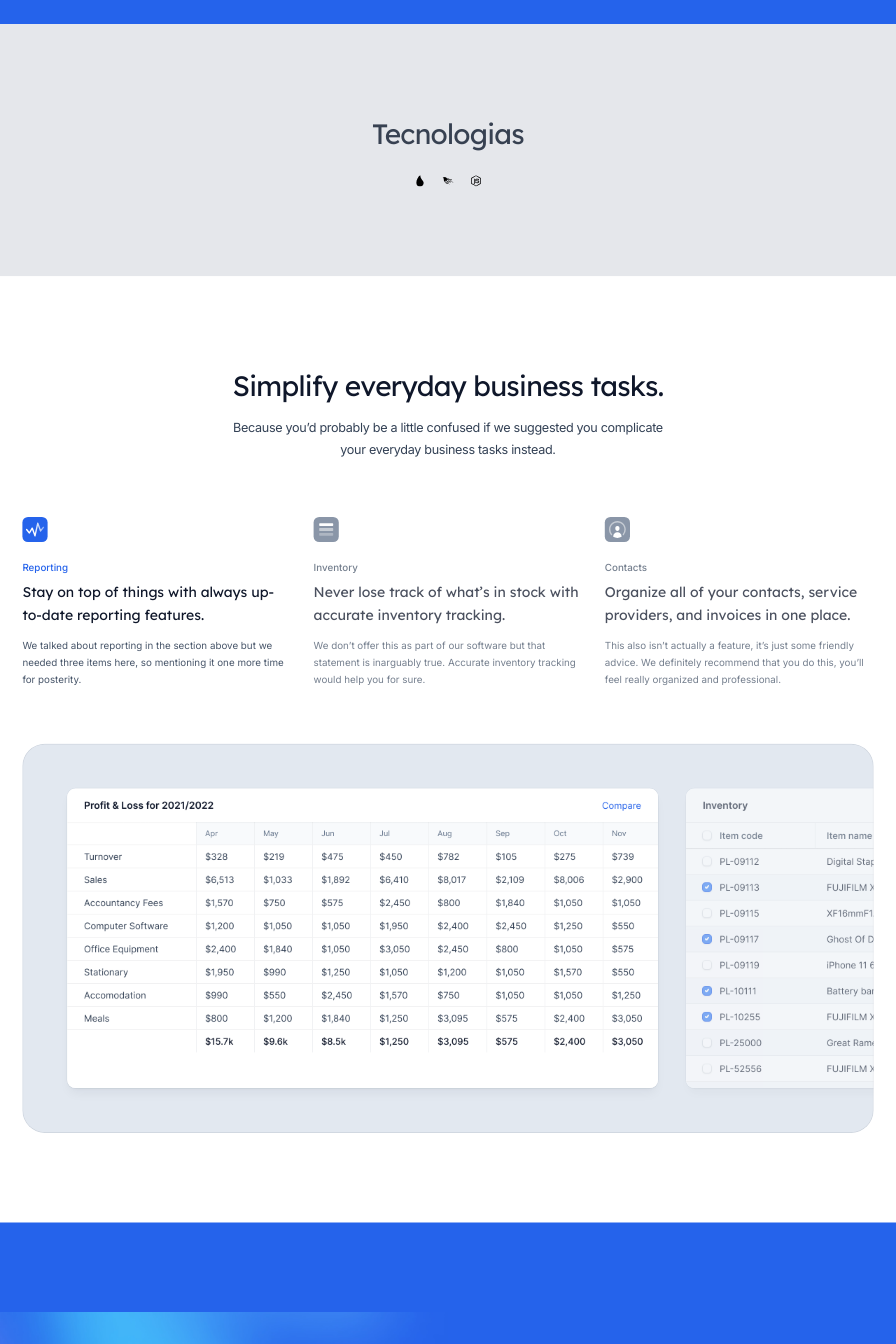
Repository: LuisSempre/imaginative
Page: /
An editor plug-in stored every save of this project. The page is shown before and after the next save, followed by the edit.
The browser window is 1280 px wide. The pictures show the part of the page from y = 3029 to 4949 px (the page is 10278 px tall before and 10326 px after), at 70% of full size.
The project was rebuilt for these pictures with package versions that can differ from the ones it lists, and the page was loaded fresh each time. The framework's server and built-in components were replaced by stand-ins that run in the browser. Also part of the build but not shown: next.config.js.

Above is the page before, as saved 2022-07-15 11:21:25.

### src/pages/index.jsx
import Head from 'next/head'

import { CallToAction } from '@/components/CallToAction'
import { Faqs } from '@/components/Faqs'
import { Footer } from '@/components/Footer'
import { Header } from '@/components/Header'
import { Hero } from '@/components/Hero'
import { Contact } from '@/components/Contact'
import { PrimaryFeatures } from '@/components/PrimaryFeatures'
import { SecondaryFeatures } from '@/components/SecondaryFeatures'
import { Testimonials } from '@/components/Testimonials'
import { Tecnology } from '@/components/Tecnology'

export default function Home() {
  return (
    <>
      <Head>
        <title>TaxPal - Accounting made simple for small businesses</title>
        <meta
          name="description"
          content="Most bookkeeping software is accurate, but hard to use. We make the opposite trade-off, and hope you don’t get audited."
        />
      </Head>
      <Header />
      <main>
        <Hero />
        <PrimaryFeatures />
        <Tecnology />
        <SecondaryFeatures />
        <CallToAction />
        <Testimonials />
        <Contact />
        <Faqs />
      </main>
      <Footer />
    </>
  )
}

### src/components/CallToAction.jsx
import Image from 'next/future/image'

import { Button } from '@/components/Button'
import { Container } from '@/components/Container'
import backgroundImage from '@/images/background-call-to-action.jpg'

export function CallToAction() {
  return (
    <section
      id="get-started-today"
      className="relative overflow-hidden bg-blue-600 py-32"
    >
      <Image
        className="absolute top-1/2 left-1/2 max-w-none -translate-x-1/2 -translate-y-1/2"
        src={backgroundImage}
        alt=""
        width={2347}
        height={1244}
        unoptimized
      />
      <Container className="relative">
        <div className="mx-auto max-w-lg text-center">
          <h2 className="font-display text-3xl tracking-tight text-white sm:text-4xl">
            Get started today
          </h2>
          <p className="mt-4 text-lg tracking-tight text-white">
            It’s time to take control of your books. Buy our software so you can
            feel like you’re doing something productive.
          </p>
          <Button href="/register" color="white" className="mt-10">
            Get 6 months free
          </Button>
        </div>
      </Container>
    </section>
  )
}

### src/components/Faqs.jsx
import Image from 'next/future/image'

import { Container } from '@/components/Container'
import backgroundImage from '@/images/background-faqs.jpg'

const faqs = [
  [
    {
      question: 'Does TaxPal handle VAT?',
      answer:
        'Well no, but if you move your company offshore you can probably ignore it.',
    },
    {
      question: 'Can I pay for my subscription via purchase order?',
      answer: 'Absolutely, we are happy to take your money in all forms.',
    },
    {
      question: 'How do I apply for a job at TaxPal?',
      answer:
        'We only hire our customers, so subscribe for a minimum of 6 months and then let’s talk.',
    },
  ],
  [
    {
      question: 'What was that testimonial about tax fraud all about?',
      answer:
        'TaxPal is just a software application, ultimately your books are your responsibility.',
    },
    {
      question:
        'TaxPal sounds horrible but why do I still feel compelled to purchase?',
      answer:
        'This is the power of excellent visual design. You just can’t resist it, no matter how poorly it actually functions.',
    },
    {
      question:
        'I found other companies called TaxPal, are you sure you can use this name?',
      answer:
        'Honestly not sure at all. We haven’t actually incorporated or anything, we just thought it sounded cool and made this website.',
    },
  ],
  [
    {
      question: 'How do you generate reports?',
      answer:
        'You just tell us what data you need a report for, and we get our kids to create beautiful charts for you using only the finest crayons.',
    },
    {
      question: 'Can we expect more inventory features?',
      answer: 'In life it’s really better to never expect anything at all.',
    },
    {
      question: 'I lost my password, how do I get into my account?',
      answer:
        'Send us an email and we will send you a copy of our latest password spreadsheet so you can find your information.',
    },
  ],
]

export function Faqs() {
  return (
    <section
      id="faq"
      aria-labelledby="faq-title"
      className="relative overflow-hidden bg-slate-50 py-20 sm:py-32"
    >
      <Image
        className="absolute top-0 left-1/2 max-w-none translate-x-[-30%] -translate-y-1/4"
        src={backgroundImage}
        alt=""
        width={1558}
        height={946}
        unoptimized
      />
      <Container className="relative">
        <div className="mx-auto max-w-2xl lg:mx-0">
          <h2
            id="faq-title"
            className="font-display text-3xl tracking-tight text-slate-900 sm:text-4xl"
          >
            Frequently asked questions
          </h2>
          <p className="mt-4 text-lg tracking-tight text-slate-700">
            If you can’t find what you’re looking for, email our support team
            and if you’re lucky someone will get back to you.
          </p>
        </div>
        <ul
          role="list"
          className="mx-auto mt-16 grid max-w-2xl grid-cols-1 gap-8 lg:max-w-none lg:grid-cols-3"
        >
          {faqs.map((column, columnIndex) => (
            <li key={columnIndex}>
              <ul role="list" className="flex flex-col gap-y-8">
                {column.map((faq, faqIndex) => (
                  <li key={faqIndex}>
                    <h3 className="font-display text-lg leading-7 text-slate-900">
                      {faq.question}
                    </h3>
                    <p className="mt-4 text-sm text-slate-700">{faq.answer}</p>
                  </li>
                ))}
              </ul>
            </li>
          ))}
        </ul>
      </Container>
    </section>
  )
}

### src/components/Footer.jsx
import Link from 'next/link'

import { Container } from '@/components/Container'
import { Logo } from '@/components/Logo'
import { NavLink } from '@/components/NavLink'

export function Footer() {
  return (
    <footer className="bg-slate-50">
      <Container>
        <div className="py-16">
          <Logo className="mx-auto h-10 w-auto" />
          <nav className="mt-10 text-sm" aria-label="quick links">
            <div className="-my-1 flex justify-center gap-x-6">
              <NavLink href="#features">Features</NavLink>
              <NavLink href="#testimonials">Testimonials</NavLink>
              <NavLink href="#pricing">Pricing</NavLink>
            </div>
          </nav>
        </div>
        <div className="flex flex-col items-center border-t border-slate-400/10 py-10 sm:flex-row-reverse sm:justify-between">
          <div className="flex gap-x-6">
            <Link
              href="https://twitter.com"
              className="group"
              aria-label="TaxPal on Twitter"
            >
              <svg
                aria-hidden="true"
                className="h-6 w-6 fill-slate-500 group-hover:fill-slate-700"
              >
                <path d="M8.29 20.251c7.547 0 11.675-6.253 11.675-11.675 0-.178 0-.355-.012-.53A8.348 8.348 0 0 0 22 5.92a8.19 8.19 0 0 1-2.357.646 4.118 4.118 0 0 0 1.804-2.27 8.224 8.224 0 0 1-2.605.996 4.107 4.107 0 0 0-6.993 3.743 11.65 11.65 0 0 1-8.457-4.287 4.106 4.106 0 0 0 1.27 5.477A4.073 4.073 0 0 1 2.8 9.713v.052a4.105 4.105 0 0 0 3.292 4.022 4.093 4.093 0 0 1-1.853.07 4.108 4.108 0 0 0 3.834 2.85A8.233 8.233 0 0 1 2 18.407a11.615 11.615 0 0 0 6.29 1.84" />
              </svg>
            </Link>
            <Link
              href="https://github.com"
              className="group"
              aria-label="TaxPal on GitHub"
            >
              <svg
                aria-hidden="true"
                className="h-6 w-6 fill-slate-500 group-hover:fill-slate-700"
              >
                <path d="M12 2C6.477 2 2 6.484 2 12.017c0 4.425 2.865 8.18 6.839 9.504.5.092.682-.217.682-.483 0-.237-.008-.868-.013-1.703-2.782.605-3.369-1.343-3.369-1.343-.454-1.158-1.11-1.466-1.11-1.466-.908-.62.069-.608.069-.608 1.003.07 1.531 1.032 1.531 1.032.892 1.53 2.341 1.088 2.91.832.092-.647.35-1.088.636-1.338-2.22-.253-4.555-1.113-4.555-4.951 0-1.093.39-1.988 1.029-2.688-.103-.253-.446-1.272.098-2.65 0 0 .84-.27 2.75 1.026A9.564 9.564 0 0 1 12 6.844a9.59 9.59 0 0 1 2.504.337c1.909-1.296 2.747-1.027 2.747-1.027.546 1.379.202 2.398.1 2.651.64.7 1.028 1.595 1.028 2.688 0 3.848-2.339 4.695-4.566 4.943.359.309.678.92.678 1.855 0 1.338-.012 2.419-.012 2.747 0 .268.18.58.688.482A10.02 10.02 0 0 0 22 12.017C22 6.484 17.522 2 12 2Z" />
              </svg>
            </Link>
          </div>
          <p className="mt-6 text-sm text-slate-500 sm:mt-0">
            Copyright &copy; {new Date().getFullYear()} TaxPal. All rights
            reserved.
          </p>
        </div>
      </Container>
    </footer>
  )
}

### src/components/Header.jsx
import { Fragment } from 'react'
import Link from 'next/link'
import { Popover, Transition } from '@headlessui/react'
import clsx from 'clsx'
import { Container } from '@/components/Container'
import { Logo } from '@/components/Logo'
import { NavLink } from '@/components/NavLink'

function MobileNavLink({ href, children }) {
  return (
    <Popover.Button as={Link} href={href} className="block w-full p-2">
      {children}
    </Popover.Button>
  )
}

function MobileNavIcon({ open }) {
  return (
    <svg
      aria-hidden="true"
      className="h-3.5 w-3.5 overflow-visible stroke-slate-700"
      fill="none"
      strokeWidth={2}
      strokeLinecap="round"
    >
      <path
        d="M0 1H14M0 7H14M0 13H14"
        className={clsx(
          'origin-center transition',
          open && 'scale-90 opacity-0'
        )}
      />
      <path
        d="M2 2L12 12M12 2L2 12"
        className={clsx(
          'origin-center transition',
          !open && 'scale-90 opacity-0'
        )}
      />
    </svg>
  )
}

function MobileNavigation() {
  return (
    <Popover>
      <Popover.Button
        className="relative z-10 flex h-8 w-8 items-center justify-center [&:not(:focus-visible)]:focus:outline-none"
        aria-label="Toggle Navigation"
      >
        {({ open }) => <MobileNavIcon open={open} />}
      </Popover.Button>
      <Transition.Root>
        <Transition.Child
          as={Fragment}
          enter="duration-150 ease-out"
          enterFrom="opacity-0"
          enterTo="opacity-100"
          leave="duration-150 ease-in"
          leaveFrom="opacity-100"
          leaveTo="opacity-0"
        >
          <Popover.Overlay className="fixed inset-0 bg-slate-300/50" />
        </Transition.Child>
        <Transition.Child
          as={Fragment}
          enter="duration-150 ease-out"
          enterFrom="opacity-0 scale-95"
          enterTo="opacity-100 scale-100"
          leave="duration-100 ease-in"
          leaveFrom="opacity-100 scale-100"
          leaveTo="opacity-0 scale-95"
        >
          <Popover.Panel
            as="div"
            className="absolute inset-x-0 flex flex-col p-4 mt-4 text-lg tracking-tight origin-top bg-white shadow-xl top-full rounded-2xl text-slate-900 ring-1 ring-slate-900/5"
          >
            <MobileNavLink href="#services">Serviços</MobileNavLink>
            <MobileNavLink href="#portifolio">Portfólio</MobileNavLink>
            <MobileNavLink href="#sobre">Sobre</MobileNavLink>
          </Popover.Panel>
        </Transition.Child>
      </Transition.Root>
    </Popover>
  )
}

export function Header() {
  return (
    <header className="py-10">
      <Container>
        <nav className="relative z-50 flex justify-between">
          <div className="flex items-center md:gap-x-12">
            <Link href="#" aria-label="Home">
              <Logo className="w-auto h-10" />
            </Link>
          </div>
          <div className="flex items-center gap-x-5 md:gap-x-8">
            <div className="hidden md:flex">
              <NavLink href="#services">Serviços</NavLink>
              <NavLink href="#portifolio">Portfólio</NavLink>
              <NavLink href="#sobre">Sobre</NavLink>
            </div>
            <div className="-mr-1 md:hidden">
              <MobileNavigation />
            </div>
          </div>
        </nav>
      </Container>
    </header>
  )
}

### src/components/Hero.jsx
import Image from 'next/future/image'

import { Button } from '@/components/Button'
import { Container } from '@/components/Container'
import logoLaravel from '@/images/logos/laravel.svg'
import logoMirage from '@/images/logos/mirage.svg'
import logoStatamic from '@/images/logos/statamic.svg'
import logoStaticKit from '@/images/logos/statickit.svg'
import logoTransistor from '@/images/logos/transistor.svg'
import logoTuple from '@/images/logos/tuple.svg'

export function Hero() {
  return (
    <Container className="pt-20 pb-16 text-center lg:pt-32">
      <h1 className="max-w-4xl mx-auto text-5xl font-medium tracking-tight font-display text-slate-900 sm:text-7xl">
        Construindo{' '}
        <span className="relative text-blue-500 whitespace-nowrap">
          <svg
            aria-hidden="true"
            viewBox="0 0 418 42"
            className="absolute top-2/3 left-0 h-[0.58em] w-full fill-blue-300/70"
            preserveAspectRatio="none"
          >
            <path d="M203.371.916c-26.013-2.078-76.686 1.963-124.73 9.946L67.3 12.749C35.421 18.062 18.2 21.766 6.004 25.934 1.244 27.561.828 27.778.874 28.61c.07 1.214.828 1.121 9.595-1.176 9.072-2.377 17.15-3.92 39.246-7.496C123.565 7.986 157.869 4.492 195.942 5.046c7.461.108 19.25 1.696 19.17 2.582-.107 1.183-7.874 4.31-25.75 10.366-21.992 7.45-35.43 12.534-36.701 13.884-2.173 2.308-.202 4.407 4.442 4.734 2.654.187 3.263.157 15.593-.78 35.401-2.686 57.944-3.488 88.365-3.143 46.327.526 75.721 2.23 130.788 7.584 19.787 1.924 20.814 1.98 24.557 1.332l.066-.011c1.201-.203 1.53-1.825.399-2.335-2.911-1.31-4.893-1.604-22.048-3.261-57.509-5.556-87.871-7.36-132.059-7.842-23.239-.254-33.617-.116-50.627.674-11.629.54-42.371 2.494-46.696 2.967-2.359.259 8.133-3.625 26.504-9.81 23.239-7.825 27.934-10.149 28.304-14.005.417-4.348-3.529-6-16.878-7.066Z" />
          </svg>
          <span className="relative">software inovador</span>
        </span>{' '}
        para você crescer.
      </h1>
      <p className="max-w-2xl mx-auto mt-6 text-xl tracking-tight text-slate-700">
        Desenvolvimento de aplicativos web e mobile
      </p>
      <div className="flex justify-center mt-10 gap-x-6">
        <Button className="px-12 py-4 text-xl" href="#contato">
          Entre em contato
        </Button>
      </div>
      <div className="mt-36 lg:mt-44">
        <p className="text-base font-display text-slate-900">
         Confiado por empresas inovadoras
        </p>
        <ul
          role="list"
          className="flex items-center justify-center mt-8 gap-x-8 sm:flex-col sm:gap-x-0 sm:gap-y-10 xl:flex-row xl:gap-x-12 xl:gap-y-0"
        >
          {[
            [
              { name: 'Transistor', logo: logoTransistor },
              { name: 'Tuple', logo: logoTuple },
              { name: 'StaticKit', logo: logoStaticKit },
            ],
            [
              { name: 'Mirage', logo: logoMirage },
              { name: 'Laravel', logo: logoLaravel },
              { name: 'Statamic', logo: logoStatamic },
            ],
          ].map((group, groupIndex) => (
            <li key={groupIndex}>
              <ul
                role="list"
                className="flex flex-col items-center gap-y-8 sm:flex-row sm:gap-x-12 sm:gap-y-0"
              >
                {group.map((company) => (
                  <li key={company.name} className="flex">
                    <Image src={company.logo} alt={company.name} unoptimized />
                  </li>
                ))}
              </ul>
            </li>
          ))}
        </ul>
      </div>
    </Container>
  )
}

### src/components/Tecnology.jsx
import { Container } from '@/components/Container'
import { FaReact, FaVuejs, FaNodeJs, FaPhoenixFramework } from 'react-icons/fa'
import { SiElixir, SiTypescript } from 'react-icons/si'

export function Tecnology() {
  return (
    <section
      id="get-started-today"
      className="relative py-32 overflow-hidden bg-gray-200"
    >
      <Container className="relative">
        <div className="max-w-lg mx-auto text-center">
          <h2 className="text-3xl tracking-tight text-gray-700 font-display sm:text-4xl">
            Tecnologias
          </h2>
          <div className="flex justify-center mt-8 space-x-6">
          <SiElixir />
          <FaPhoenixFramework />
          <FaNodeJs />
          </div>
        </div>
      </Container>
    </section>
  )
}

### src/components/Button.jsx
import Link from 'next/link'
import clsx from 'clsx'

const baseStyles = {
  solid:
    'group inline-flex items-center justify-center rounded-full py-2 px-4 text-sm font-semibold focus:outline-none focus-visible:outline-2 focus-visible:outline-offset-2',
  outline:
    'group inline-flex ring-1 items-center justify-center rounded-full py-2 px-4 text-sm focus:outline-none',
}

const variantStyles = {
  solid: {
    slate:
      'bg-slate-900 text-white hover:bg-slate-700 hover:text-slate-100 active:bg-slate-800 active:text-slate-300 focus-visible:outline-slate-900',
    blue: 'bg-blue-600 text-white hover:text-slate-100 hover:bg-blue-500 active:bg-blue-800 active:text-blue-100 focus-visible:outline-blue-600',
    white:
      'bg-white text-slate-900 hover:bg-blue-50 active:bg-blue-200 active:text-slate-600 focus-visible:outline-white',
  },
  outline: {
    slate:
      'ring-slate-200 text-slate-700 hover:text-slate-900 hover:ring-slate-300 active:bg-slate-100 active:text-slate-600 focus-visible:outline-blue-600 focus-visible:ring-slate-300',
    white:
      'ring-slate-700 text-white hover:ring-slate-500 active:ring-slate-700 active:text-slate-400 focus-visible:outline-white',
  },
}

export function Button({
  variant = 'solid',
  color = 'slate',
  className,
  href,
  ...props
}) {
  className = clsx(
    baseStyles[variant],
    variantStyles[variant][color],
    className
  )

  return href ? (
    <Link href={href} className={className} {...props} />
  ) : (
    <button className={className} {...props} />
  )
}

### src/components/Logo.jsx
import Image from 'next/image'
import logo from '../images/logos/logo.png'
export function Logo(props) {
  return <Image src={logo}  width={200}  height={32} alt="Picture of the author" />
}

Loaded but not shown: src/pages/_app.jsx (common file); src/pages/_document.jsx (common file); src/styles/tailwind.css (common file); src/components/Container.jsx (common file); src/components/NavLink.jsx (common file); tailwind.config.js (common file); src/components/Contact.jsx (187 lines, source omitted); src/components/SecondaryFeatures.jsx (231 lines, source omitted); src/components/Testimonials.jsx (144 lines, source omitted); src/components/PrimaryFeatures.jsx (157 lines, source omitted)

After the next save:
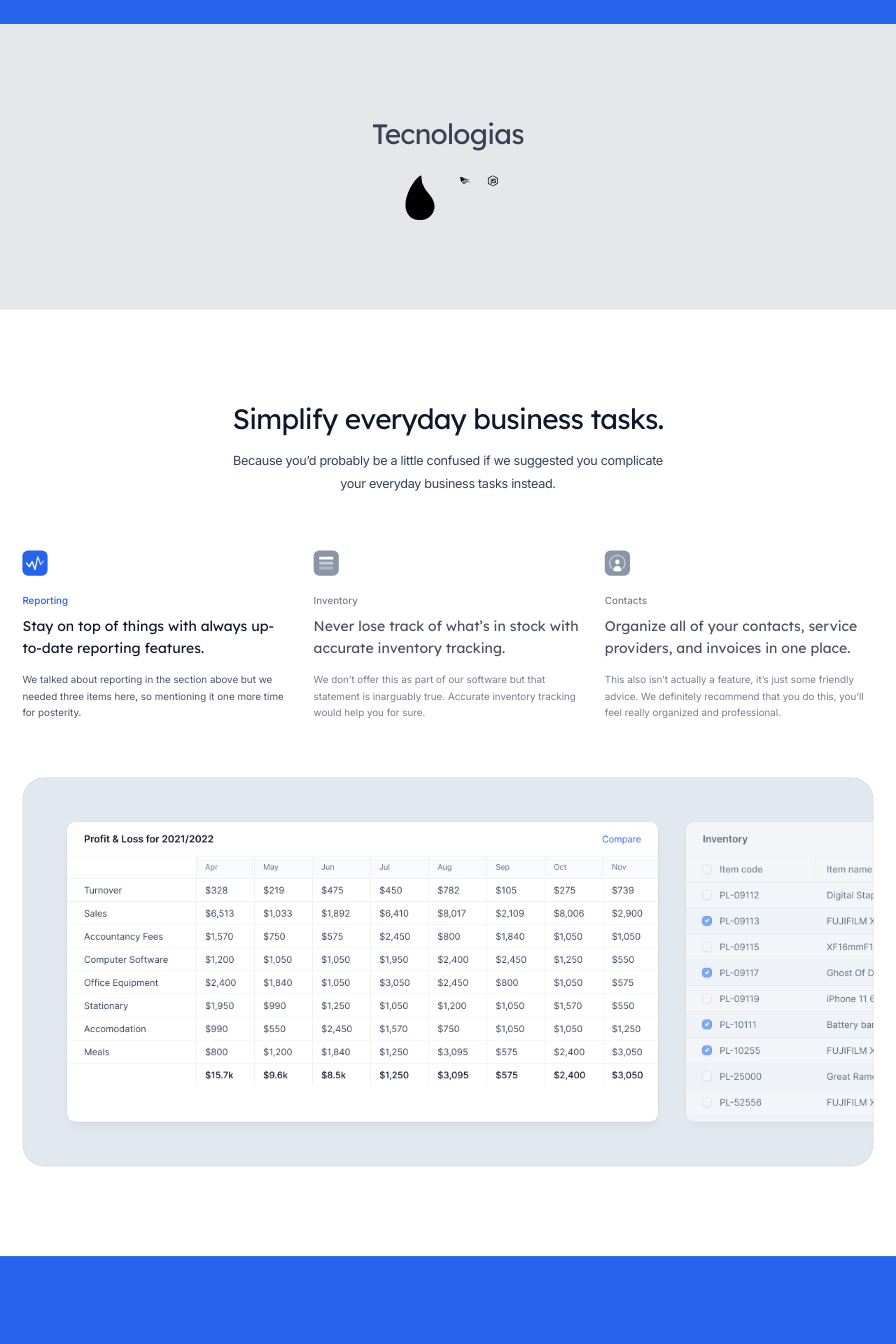
Saved 27 s later.
--- a/src/components/Tecnology.jsx
+++ b/src/components/Tecnology.jsx
@@ -14,7 +14,7 @@
             Tecnologias
           </h2>
           <div className="flex justify-center mt-8 space-x-6">
-          <SiElixir />
+          <SiElixir className='w-16 h-16' />
           <FaPhoenixFramework />
           <FaNodeJs />
           </div>
